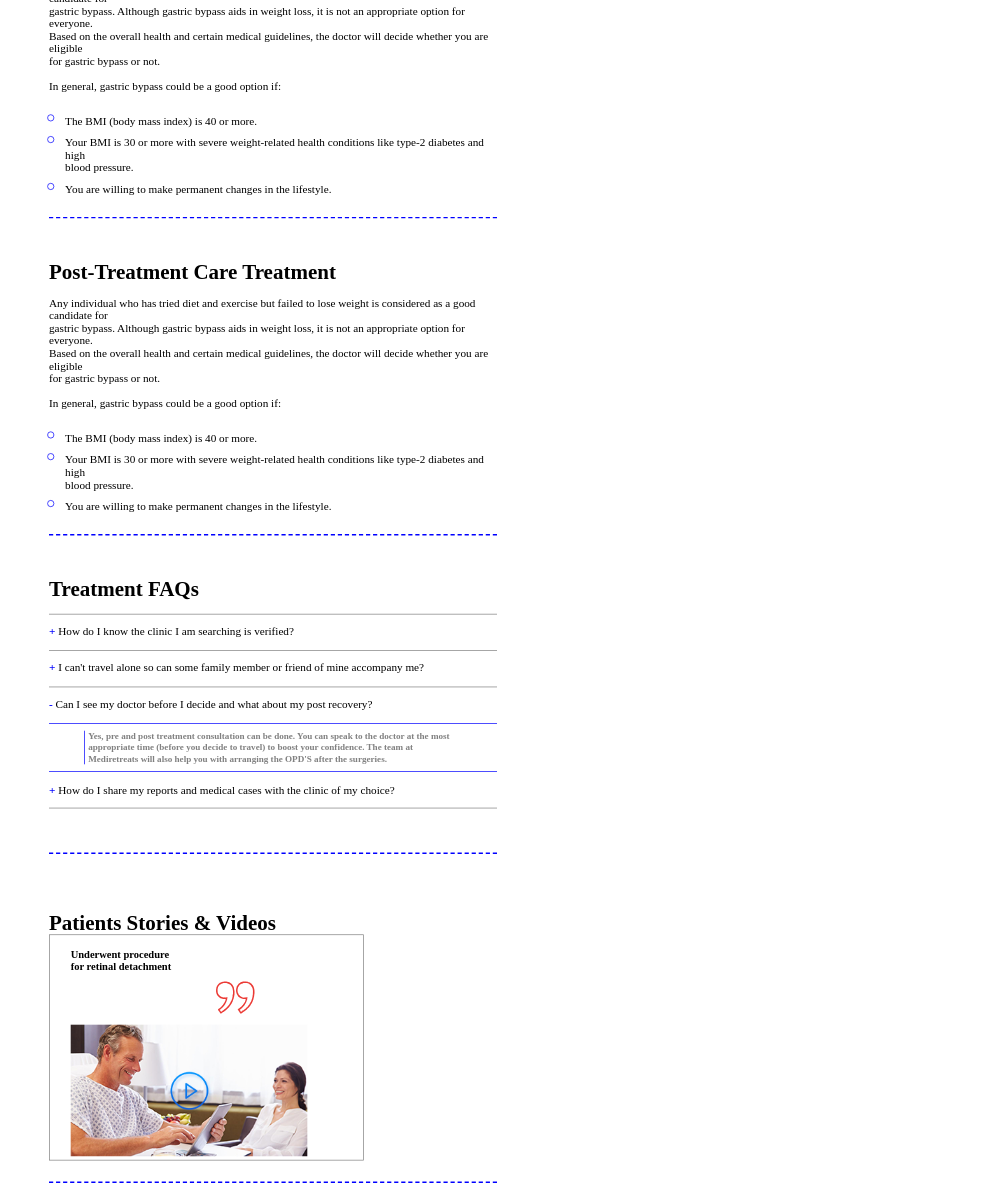
Repository: hetuk2005/webDevelopment
Page: Projects/Aafiya.html
These files come from the project's save history. The page is drawn as it stood at one moment and after the next save; the edit follows.
The browser window is 1280 px wide. The page is 1438 px wide, so the pictures cover 1438 px, including what lies to the right of the window. The pictures show the part of the page from y = 2837 to 4557 px (the page is 4537 px tall before and 4557 px after), at 70% of full size.

Above is the page before, as saved 2025-04-08 10:47:40.

### Projects/Aafiya.html
<!DOCTYPE html>
<html lang="en">

<head>
    <meta charset="UTF-8" />
    <meta name="viewport" content="width=device-width, initial-scale=1.0" />
    <title>Hetuk</title>
    <link rel="stylesheet" href="./CSS/Aafiya.css" />
</head>

<body>
    <nav>
        <div class="child1">
            <div class="images">
                <img src="./Images/Aafiya Logo.svg" alt="Aafiya Logo" class="img1" /><br />
                <img src="./Images/Logo 2.png" alt="Logo" class="img2" />
            </div>
            <div class="image_text">
                <div class="book_text">
                    <img src="./Images/Book.svg" alt="Book" class="img3" />
                    <div class="grid">
                        <br />
                        <p class="text">Second Medical Option</p>
                        <p class="text1">Book Consultation</p>
                    </div>
                </div>
                <div class="call_text">
                    <img src="./Images/Call.svg" alt="Call" class="img4" /><br />
                    <div class="grid">
                        <br />
                        <p class="text">Call Us On</p>
                        <p class="text1">985 896 2222</p>
                    </div>
                </div>
                <div class="mail_text">
                    <img src="./Images/Mail.png" alt="Mail" class="img5" />
                    <div class="grid">
                        <br />
                        <p class="text">Email Us On</p>
                        <p class="text1">info@mediretreats.com</p>
                    </div>
                </div>
                <div class="India">
                    <img src="./Images/India.svg" alt="India Flag" class="img6" />
                    <img src="./Images/Dropdown Arrow.svg" alt="Dropdown Arrow" class="img7" />
                </div>
            </div>
        </div>
        <div class="child2">
            <ul>
                <li>Home</li>
                <li>About Us</li>
                <li>Treatments +</li>
                <li>Destinations +</li>
                <li>Hospitals</li>
                <li>FAQs</li>
                <li>Blog</li>
                <li>Request A Quote</li>
            </ul>
            <input type="search" placeholder="Search" />
        </div>
    </nav>
    <div class="home_img">
        <div class="home_child">
            <p class="home_content">Home</p>
            <span> > </span>
            <p class="home_content">Treatments</p>
            <span> > </span>
            <p class="home_content">Orthopaedics</p>
            <span> > </span>
            <p class="home_content">Knee Replacement</p>
        </div>
        <br />
        <h3>Total Knee Replacement</h3>
        <p class="home_description">
            Total knee replacement is a surgery to remove and replace the whole<br /> damaged knee joint with an artificial joint.
        </p>
        <br />
        <button class="enquire_now">Enquire Now</button>
    </div>
    <div class="nav2">
        <ul>
            <li class="list">Overview</li>
            <li>Eligibility</li>
            <li>Preparation</li>
            <li>About Treatment</li>
            <li>Post-Treatment Care</li>
            <li>Recovery Tips</li>
            <li>FAQs</li>
            <li>Patients Stories</li>
        </ul>
    </div>
    <div class="treatment_overview">
        <div class="treatment_text">
            <h3>Treatment Overview</h3>
            <br />
            <p>
                Lorem ipsum dolor sit amet consectetur adipisicing elit.<br /> Earum, culpa vel debitis incidunt non quis.
            </p>
            <br />
            <p>
                Lorem ipsum dolor sit amet consectetur adipisicing elit.<br /> aliquam repudiandae, corporis consectetur dolorem eum.<br /> facilis quasi, praesentium inventore expedita quo hic.
            </p>
            <br />
            <p>
                Lorem ipsum dolor sit amet culpa vel debitis<br /> consectetur, adipisicing elit. Adipisci, nemo.
            </p>
            <br />
        </div>
        <div class="treatment_img">
            <img src="./Images/treatment_overview (1).jpg" alt="Image" />
        </div>
    </div>
    <div class="eligibility_for_treatment">
        <div class="eligibility_text">
            <h3>Eligibility For Treatment</h3>
            <br />
            <p>
                Any individual who has tried diet and exercise but failed to lose weight is considered as a good candidate for<br /> gastric bypass. Although gastric bypass aids in weight loss, it is not an appropriate option for everyone.<br /> Based
                on the overall health and certain medical guidelines, the doctor will decide whether you are eligible<br /> for gastric bypass or not.
            </p>
            <br />
            <p>In general, gastric bypass could be a good option if:</p>
            <br />
            <ul>
                <li>The BMI (body mass index) is 40 or more.</li>
                <li>
                    Your BMI is 30 or more with severe weight-related health conditions like type-2 diabetes and high<br /> blood pressure.
                </li>
                <li>You are willing to make permanent changes in the lifestyle.</li>
            </ul>
        </div>
        <br /><br /><br />
        <div class="eligibility_form">
            <h3>Need Help?</h3>
            <br />
            <p>
                Just let us know. We will be happy to<br /> assist you.
            </p>
            <br /><br />
            <form>
                <input type="text" placeholder="Full Name" /><br /><br />
                <input type="email" placeholder="Email" /><br /><br />
                <input type="tel" placeholder="Phone Number" /><br /><br />
                <input type="textarea" placeholder="Describe Your Treatment Requirement" class="textarea" /><br /><br />
                <button class="Enquiry">Send Enquiry</button>
            </form>
        </div>
    </div>
    <div class="preparation_of_treatment">
        <h3>Preparation Of Treatment</h3>
        <br />
        <p>
            Any individual who has tried diet and exercise but failed to lose weight is considered as a good candidate for<br /> gastric bypass. Although gastric bypass aids in weight loss, it is not an appropriate option for everyone.<br /> Based on
            the overall health and certain medical guidelines, the doctor will decide whether you are eligible<br /> for gastric bypass or not.
        </p>
        <br />
        <p>In general, gastric bypass could be a good option if:</p>
        <br />
        <ul>
            <li>The BMI (body mass index) is 40 or more.</li>
            <li>
                Your BMI is 30 or more with severe weight-related health conditions like type-2 diabetes and high<br /> blood pressure.
            </li>
            <li>You are willing to make permanent changes in the lifestyle.</li>
        </ul>
    </div>
    <div class="about_treatment">
        <h3>About Treatment</h3>
        <br />
        <p>
            Any individual who has tried diet and exercise but failed to lose weight is considered as a good candidate for<br /> gastric bypass. Although gastric bypass aids in weight loss, it is not an appropriate option for everyone.<br /> Based on
            the overall health and certain medical guidelines, the doctor will decide whether you are eligible<br /> for gastric bypass or not.
        </p>
        <br />
        <p>In general, gastric bypass could be a good option if:</p>
        <br />
        <ul>
            <li>The BMI (body mass index) is 40 or more.</li>
            <li>
                Your BMI is 30 or more with severe weight-related health conditions like type-2 diabetes and high<br /> blood pressure.
            </li>
            <li>You are willing to make permanent changes in the lifestyle.</li>
        </ul>
    </div>
    <div class="post_treatment">
        <h3>Post-Treatment Care Treatment</h3>
        <br />
        <p>
            Any individual who has tried diet and exercise but failed to lose weight is considered as a good candidate for<br /> gastric bypass. Although gastric bypass aids in weight loss, it is not an appropriate option for everyone.<br /> Based on
            the overall health and certain medical guidelines, the doctor will decide whether you are eligible<br /> for gastric bypass or not.
        </p>
        <br />
        <p>In general, gastric bypass could be a good option if:</p>
        <br />
        <ul>
            <li>The BMI (body mass index) is 40 or more.</li>
            <li>
                Your BMI is 30 or more with severe weight-related health conditions like type-2 diabetes and high<br /> blood pressure.
            </li>
            <li>You are willing to make permanent changes in the lifestyle.</li>
        </ul>
    </div>
    <div class="treatment_recovery">
        <h3>Post-Treatment Care Treatment</h3>
        <br />
        <p>
            Any individual who has tried diet and exercise but failed to lose weight is considered as a good candidate for<br /> gastric bypass. Although gastric bypass aids in weight loss, it is not an appropriate option for everyone.<br /> Based on
            the overall health and certain medical guidelines, the doctor will decide whether you are eligible<br /> for gastric bypass or not.
        </p>
        <br />
        <p>In general, gastric bypass could be a good option if:</p>
        <br />
        <ul>
            <li>The BMI (body mass index) is 40 or more.</li>
            <li>
                Your BMI is 30 or more with severe weight-related health conditions like type-2 diabetes and high<br /> blood pressure.
            </li>
            <li>You are willing to make permanent changes in the lifestyle.</li>
        </ul>
    </div>
    <div class="treatment_faqs">
        <h3>Treatment FAQs</h3>
        <br />
        <p>How do I know the clinic I am searching is verified?</p>
        <br />
        <p>
            I can't travel alone so can some family member or friend of mine accompany me?
        </p>
        <br />
        <p class="answered">
            Can I see my doctor before I decide and what about my post recovery?
        </p>
        <br />
        <p class="answer">
            <span class="left">
          Yes, pre and post treatment consultation can be done. You can speak to
          the doctor at the most<br />
          appropriate time (before you decide to travel) to boost your
          confidence. The team at<br />
          Mediretreats will also help you with arranging the OPD'S after the
          surgeries.
        </span>
        </p>
        <br />
        <a class="bottom">
        How do I share my reports and medical cases with the clinic of my
        choice?
      </a>
        <br />
    </div>
    <div class="patient_stories">
        <h3>Patients Stories & Videos</h3>
        <div class="stories_img">
            <div class="text1">
                <p class="stories_text">Underwent procedure<br> for retinal detachment
                    <br><img src="./Images/Quotes.svg" alt="Quotes" class="quotes"></p>
            </div>
            <img src="./Images/Patient_Stories.png" alt="Image Of Patient" class="patients" />
        </div>
    </div>
</body>

</html>

### Projects/CSS/Aafiya.css
* {
    margin: 0;
    padding: 0;
    box-sizing: border-box;
}

nav {
    width: 100%;
}

.child1 {
    display: flex;
    padding-top: 15px;
    gap: 20px;
    /* height: 50vh; */
    /* border: 1px solid black; */
    justify-content: space-evenly;
    align-items: center;
}

.img3,
.img4,
.img5 {
    height: 60px;
    width: 60px;
    padding-top: 10px;
    object-fit: contain;
}

.book_text,
.call_text,
.mail_text {
    display: flex;
    width: 250px;
    /* border: 1px solid red; */
    justify-content: center;
    padding-bottom: 15px;
}

.grid {
    display: grid;
    text-align: left;
    padding-left: 10px;
}

.img1 {
    height: 70px;
    width: 300px;
    object-fit: contain;
}

.img2 {
    height: 80px;
    width: 70px;
    object-fit: contain;
}

.image_text {
    display: flex;
    gap: 20px;
    padding-right: 50px;
}

.images {
    display: flex;
    gap: 25px;
    padding-left: 50px;
    justify-content: center;
    align-items: center;
}

.text1 {
    font-weight: bolder;
    font-size: 15px;
}

.text {
    font-weight: bold;
    color: gray;
    font-size: 15px;
}

.India {
    display: flex;
    padding-left: 5px;
    justify-content: center;
    gap: 8px;
}

.India>.img6 {
    height: 50px;
    /* width: 50px; */
    padding-top: 10px;
    object-fit: contain;
}

.India>.img7 {
    height: 40px;
    /* width: 40px; */
    padding-top: 23px;
    object-fit: contain;
}

.child2 {
    display: flex;
    padding-top: 10px;
    /* border: 1px solid black; */
    justify-content: space-evenly;
    align-items: center;
    color: white;
    padding-bottom: 10px;
    background-color: rgb(125, 163, 244);
}

.child2>ul {
    list-style-type: none;
    display: flex;
    gap: 60px;
    justify-content: center;
    font-weight: bold;
    align-items: center;
    font-size: larger;
    padding-right: 60px;
}

.child2>input {
    height: 45px;
    background-color: rgb(125, 163, 244);
    width: 200px;
    padding-left: 10px;
    font-weight: bold;
    border: 2px solid black;
}

.child2>input::placeholder {
    color: white;
    text-align: center;
    font-size: large;
    font-weight: bolder;
    opacity: 0.8;
}

.home_img {
    background-image: url(../Images/Main\ Image.jpg);
    background-position: center center;
    background-size: cover;
    background-repeat: no-repeat;
    padding: 80px 0;
    padding-left: 70px;
    position: relative;
    color: white;
}

.home_img>.home_child {
    display: flex;
    gap: 20px;
}

.home_img>.home_child>.home_content,
span {
    font-size: 20px;
    font-weight: bold;
}

.home_img>h3 {
    font-size: 37px;
    font-weight: bolder;
    margin-bottom: 15px;
}

.home_img>.home_description {
    font-size: 19px;
    margin-bottom: 25px;
    font-weight: bold;
}

.home_img>.home_child>span {
    color: red;
}

.home_img>.enquire_now {
    background-color: #1da1f2;
    font-weight: bold;
    color: white;
    font-size: 17px;
    width: 170px;
    height: 40px;
}

.nav2>ul {
    list-style-type: none;
    display: flex;
    gap: 50px;
    padding-left: 60px;
    padding-top: 25px;
    padding-bottom: 20px;
    border-bottom: 2px solid gray;
    font-size: larger;
    font-weight: 300;
}

.nav2>ul>.list:hover {
    text-decoration: underline;
}

.treatment_overview {
    display: flex;
    width: 100%;
    gap: 50px;
    margin-bottom: 10px;
    border-bottom: 2px dashed blue;
    margin-left: 70px;
}

.treatment_overview>.treatment_text {
    padding-top: 67px;
    padding-bottom: 50px;
}

.treatment_overview>.treatment_text>p {
    font-size: 25px;
    padding-bottom: 25px;
}

.treatment_overview>.treatment_text>h3 {
    font-weight: bold;
    font-size: 30px;
}

.treatment_overview>.treatment_img>img {
    height: 480px;
    width: 700px;
    padding-top: 40px;
    padding-bottom: 40px;
    object-fit: contain;
    margin-right: 70px;
}

.eligibility_for_treatment {
    display: flex;
    width: 100%;
    gap: 80px;
    padding-top: 50px;
    margin-left: 70px;
}

.eligibility_for_treatment>.eligibility_text {
    border-bottom: 2px dashed blue;
}

.eligibility_for_treatment>.eligibility_text>h3 {
    font-size: 30px;
    font-weight: bold;
}

.eligibility_for_treatment>.eligibility_text>ul {
    list-style-type: circle;
    padding-left: 23px;
}

.eligibility_for_treatment>.eligibility_text>ul>li::marker {
    color: blue;
    font-size: 30px;
    font-weight: bold;
}

.eligibility_for_treatment>.eligibility_form>h3 {
    font-size: 35px;
    color: blue;
    font-weight: bold;
    font-style: italic;
}

.eligibility_form {
    box-shadow: 0 0 10px rgba(0, 0, 0, 0.4);
    border-radius: 7px;
    padding: 20px;
}

.eligibility_for_treatment>.eligibility_form>p {
    font-size: 20px;
}

.eligibility_for_treatment>.eligibility_form>form>input {
    height: 40px;
    width: 300px;
    gap: 20px;
    border: 2px solid black;
    border-radius: 7px;
}

.eligibility_for_treatment>.eligibility_form>form>input::placeholder {
    color: gray;
    padding-left: 15px;
}

.eligibility_for_treatment>.eligibility_form>form>.textarea {
    height: 100px;
    width: 300px;
    border: 2px solid black;
    border-radius: 7px;
}


/*.eligibility_for_treatment>.eligibility_form>form>.textarea::placeholder {
    padding-bottom: 70px;
}*/

.eligibility_for_treatment>.eligibility_form>form>button {
    background: linear-gradient(to right, #00aaff, #66ccff);
    color: white;
    width: 100%;
    border-radius: 7px;
    border: none;
    height: 45px;
}

.preparation_of_treatment>h3 {
    font-size: 30px;
    font-weight: bold;
}

.preparation_of_treatment {
    border-bottom: 2px dashed blue;
    margin-bottom: 10px;
    padding-bottom: 30px;
    gap: 50px;
    padding-top: 50px;
    margin-left: 70px;
    width: 50%;
}

.preparation_of_treatment>ul {
    list-style-type: circle;
    padding-left: 23px;
}

.preparation_of_treatment>ul>li::marker {
    color: blue;
    font-size: 30px;
    font-weight: bold;
}

.about_treatment {
    border-bottom: 2px dashed blue;
    margin-bottom: 10px;
    padding-bottom: 30px;
    gap: 50px;
    padding-top: 50px;
    margin-left: 70px;
    width: 50%;
}

.about_treatment>ul {
    list-style-type: circle;
    padding-left: 23px;
}

.about_treatment>ul>li::marker {
    color: blue;
    font-size: 30px;
    font-weight: bold;
}

.about_treatment>h3 {
    font-size: 30px;
    font-weight: bold;
}

.post_treatment {
    border-bottom: 2px dashed blue;
    margin-bottom: 10px;
    padding-bottom: 30px;
    gap: 50px;
    padding-top: 50px;
    margin-left: 70px;
    width: 50%;
}

.post_treatment>ul {
    list-style-type: circle;
    padding-left: 23px;
}

.post_treatment>ul>li::marker {
    color: blue;
    font-size: 30px;
    font-weight: bold;
}

.post_treatment>h3 {
    font-size: 30px;
    font-weight: bold;
}

.treatment_recovery {
    border-bottom: 2px dashed blue;
    margin-bottom: 10px;
    padding-bottom: 30px;
    gap: 50px;
    padding-top: 50px;
    margin-left: 70px;
    width: 50%;
}

.treatment_recovery>ul {
    list-style-type: circle;
    padding-left: 23px;
}

.treatment_recovery>ul>li::marker {
    color: blue;
    font-size: 30px;
    font-weight: bold;
}

.treatment_recovery>h3 {
    font-size: 30px;
    font-weight: bold;
}

.treatment_faqs>h3 {
    font-size: 30px;
    font-weight: bold;
}

.treatment_faqs {
    border-bottom: 2px dashed blue;
    padding-bottom: 45px;
    margin-bottom: 11px;
    gap: 50px;
    padding-top: 50px;
    margin-left: 70px;
    width: 50%;
}

.treatment_faqs>p {
    border-top: 1px solid gray;
    padding-top: 15px;
    counter-reset: value;
}

.treatment_faqs>p::before {
    counter-increment: value;
    content: "+  ";
    font-weight: bold;
    color: blue;
}

.treatment_faqs>.answered {
    counter-reset: value;
}

.treatment_faqs>.answered::before {
    counter-increment: value;
    content: "-  ";
    color: blue;
}

.treatment_faqs>.bottom {
    border-bottom: 1px solid gray;
    display: block;
    padding-bottom: 15px;
    counter-reset: value;
}

.treatment_faqs>.bottom::before {
    counter-increment: value;
    content: "+  ";
    font-weight: bold;
    color: blue;
}

.treatment_faqs>.answer {
    border-top: 1px solid blue;
    border-bottom: 1px solid blue;
    padding-left: 50px;
    padding-top: 10px;
    padding-bottom: 10px;
    counter-reset: value;
}

.treatment_faqs>.answer::before {
    counter-increment: value;
    content: "";
    color: blue;
}

.treatment_faqs>.answer>.left {
    border-left: 1px solid blue;
    display: block;
    font-size: small;
    padding-left: 5px;
    color: gray;
}

.patient_stories {
    border-bottom: 2px dashed blue;
    margin-bottom: 10px;
    padding-bottom: 30px;
    gap: 50px;
    padding-top: 70px;
    margin-left: 70px;
    width: 50%;
}

.patient_stories>h3 {
    font-size: 30px;
    font-weight: bold;
}

.patient_stories>.stories_img {
    border: 1px solid gray;
    width: 450px;
    padding-left: 30px;
    padding-top: 20px;
    padding-right: 20px;
}

.patient_stories>.stories_img>.text1 {
    display: flex;
    font-size: 15px;
    font-weight: bold;
    gap: 50px;
}

.patient_stories>.stories_img>.text1>.stories_text>.quotes {
    height: 70px;
    width: 70px;
    margin-right: 100px;
    margin-left: 200px;
    object-fit: contain;
}

.patient_stories>.patients {
    height: 100px;
    width: 100px;
    object-fit: contain;
}

After the next save:
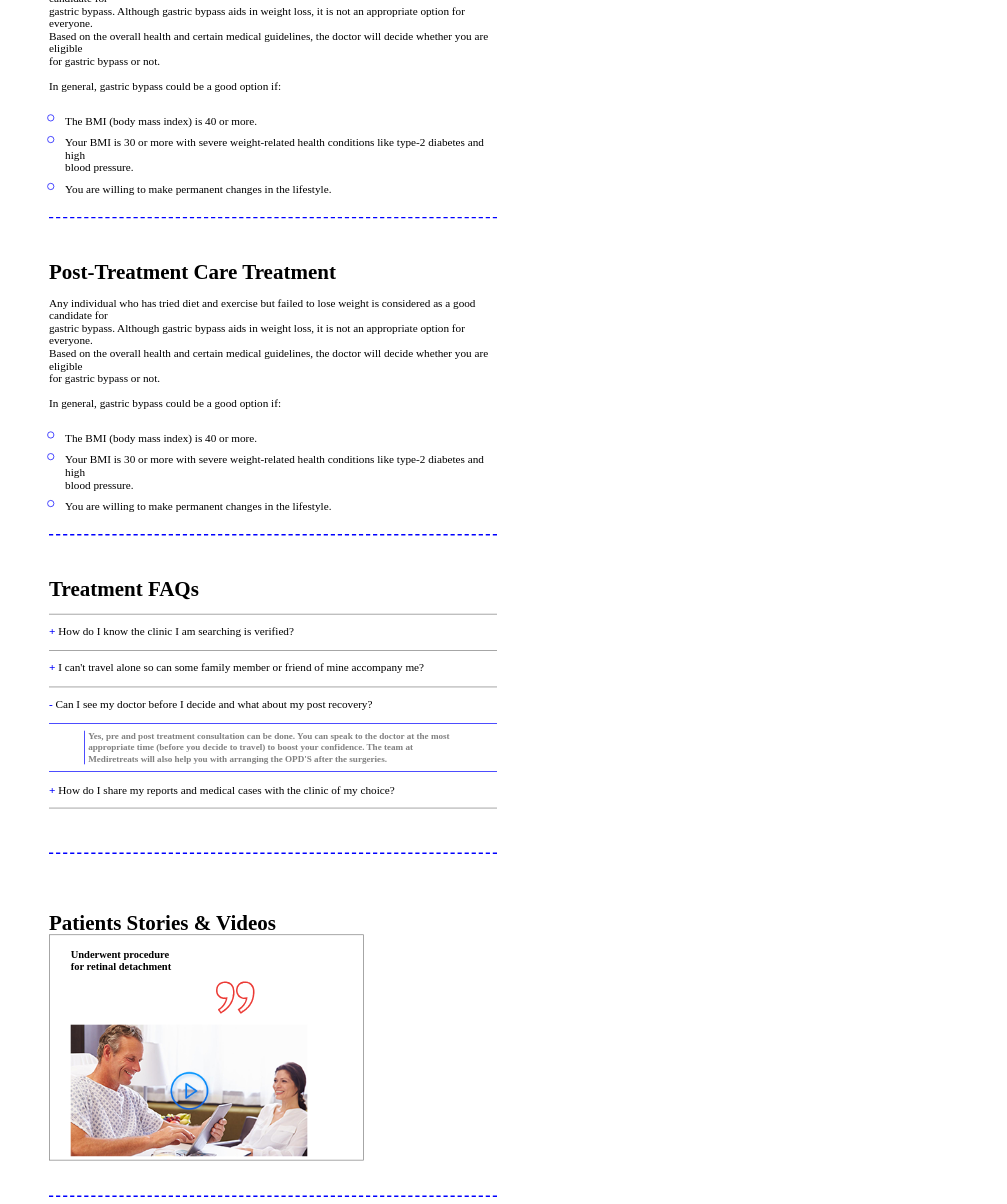
Saved 9 s later.
--- a/Projects/CSS/Aafiya.css
+++ b/Projects/CSS/Aafiya.css
@@ -497,7 +497,7 @@ span {
 .patient_stories {
     border-bottom: 2px dashed blue;
     margin-bottom: 10px;
-    padding-bottom: 30px;
+    padding-bottom: 50px;
     gap: 50px;
     padding-top: 70px;
     margin-left: 70px;
